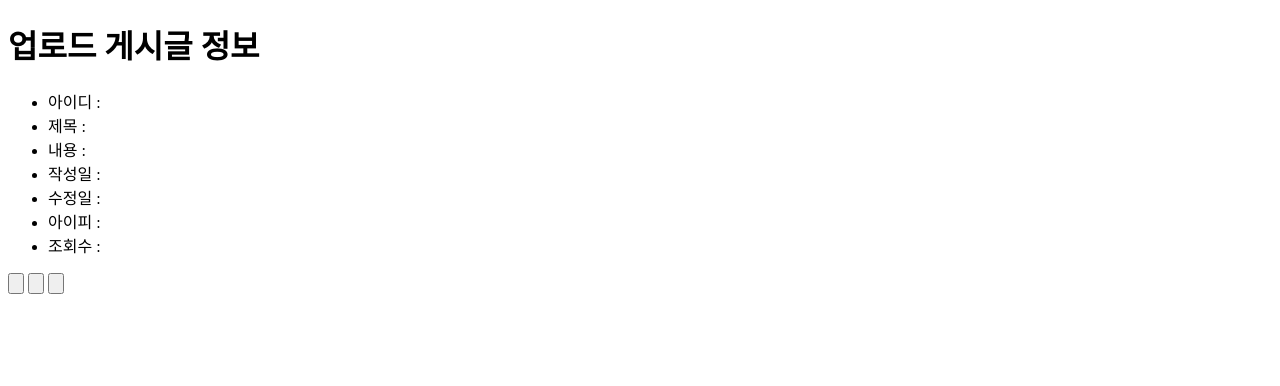
Repository: giljjong/Semi
Page: http://localhost/SemiProject/WEB-INF/views/upload/detail.jsp
An editor plug-in stored every save of this project. The page is shown before and after the next save, followed by the edit.
The browser window is 1280 px wide. The pictures show the whole page.
The page is served by Tomcat 9. Nobody is signed in. Other server files are loaded and not shown. The template is opened directly, without the code that normally fills it, so the values that code supplies are empty.

Above is the page before, as saved 2022-11-23 10:40:12.

### SemiProject/src/main/webapp/WEB-INF/views/upload/detail.jsp
<%@ page language="java" contentType="text/html; charset=UTF-8"
    pageEncoding="UTF-8"%>
<%@ taglib uri="http://java.sun.com/jsp/jstl/core" prefix="c" %>
<c:set var="contextPath" value="${pageContext.request.contextPath}"></c:set>
<!DOCTYPE html>
<html>
<head>
<meta charset="UTF-8">
<title>Insert title here</title>
<script src="${contextPath}/resources/js/jquery-3.6.1.min.js"></script>
</head>
<body>
	<div>
		<h1>업로드 게시글 정보</h1>
		<ul>
			<li>아이디 : ${upload.id}</li>
			<li>제목 : ${upload.uploadTitle}</li>
			<li>내용 : ${upload.uploadContent}</li>
			<li>작성일 : ${upload.createDate}</li>
			<li>수정일 : ${upload.modifyDate}</li>
			<li>아이피 : ${upload.ip}</li>
			<li>조회수 : ${upload.hit}</li>
		</ul>
	</div>
	<div>
		<form id= "frm_upload" method= "post">
			<input type="hidden" name="uploadBoardNo" value= "${upload.uploadBoardNo }">
			<input type="button" name="게시글 편집" id="btn_upload_edit" >
			<input type="button" name="게시글 삭제" id="btn_upload_remove"">
			<input type="button" name="게시글 목록" id="btn_upload_list"">

		</form>
	</div>
</body>
</html>

Loaded but not shown: SemiProject/src/main/webapp/resources/js/jquery-3.6.1.min.js (library)

After the next save:
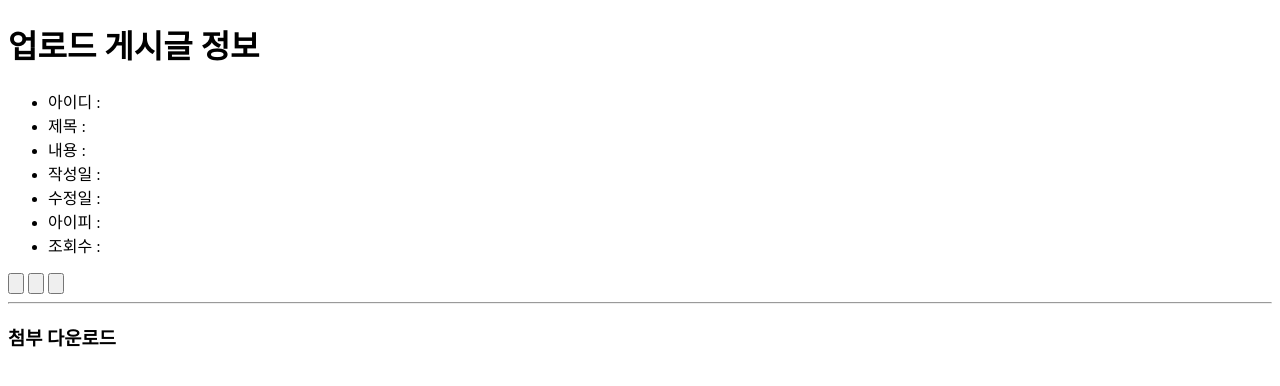
Saved 95 s later.
--- a/SemiProject/src/main/webapp/WEB-INF/views/upload/detail.jsp
+++ b/SemiProject/src/main/webapp/WEB-INF/views/upload/detail.jsp
@@ -8,6 +8,21 @@
 <meta charset="UTF-8">
 <title>Insert title here</title>
 <script src="${contextPath}/resources/js/jquery-3.6.1.min.js"></script>
+<script>
+	$(function(){
+		$('#btn_upload_edit').click(function(){
+
+		});
+
+		$('#btn_upload_remove').click(function(){
+
+		});
+
+		$('#btn_upload_list').click(function(){
+
+		});
+	})
+</script>
 </head>
 <body>
 	<div>
@@ -28,8 +43,14 @@
 			<input type="button" name="게시글 편집" id="btn_upload_edit" >
 			<input type="button" name="게시글 삭제" id="btn_upload_remove"">
 			<input type="button" name="게시글 목록" id="btn_upload_list"">
+		</form>
+	</div>
 
-		</form>
+	<hr>
+
+	<div>
+		<h3>첨부 다운로드</h3>
+
 	</div>
 </body>
 </html>
